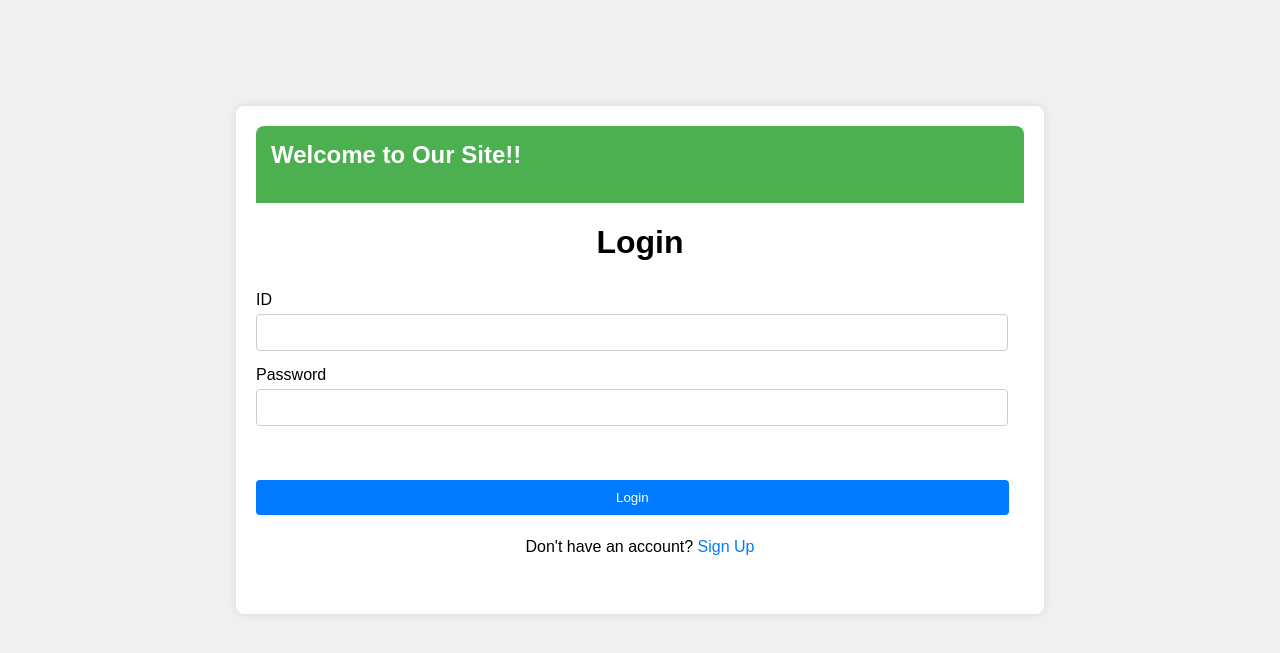
Repository: LifeIsRightward/WebServer
Page: http://localhost/JSPBook/Project/login.jsp
An editor plug-in stored every save of this project. The page is shown before and after the next save, followed by the edit.
The browser window is 1280 px wide. The pictures show the whole page.
The page is served by Tomcat 9. Other server files are loaded and not shown.

Above is the page before, as saved 2024-06-06 17:32:35.

### JSPBook/src/main/webapp/Project/login.jsp
<%@ page language="java" contentType="text/html; charset=EUC-KR"
    pageEncoding="EUC-KR"%>
<!DOCTYPE html>
<html>
<head>
    <meta charset="UTF-8">
    <title>Login Page</title>
    <link rel="stylesheet" href="css/login.css" type="text/css">
</head>
<body>
    <div class="login-container">
    	<div class="welcome-message">
            <h2>Welcome to Our Site!!</h2>
        </div>
        <h1>Login</h1>
        <form method="post" action="loginprocess.jsp">
            <label for="id">ID</label>
            <input type="text" id="id" name="id" required>

            <label for="password">Password</label>
            <input type="password" id="password" name="password" required>

            <button type="submit">Login</button>
        </form>
        <div class="signup-link">
            <p>Don't have an account? <a href="signup.jsp">Sign Up</a></p>
        </div>
    </div>
</body>
</html>

### JSPBook/src/main/webapp/Project/css/login.css
@charset "EUC-KR";

body {
	font-family: Arial, sans-serif;
    display: flex;
    justify-content: center;
    align-items: center;
    height: 100vh;
    margin: 0;
    background-color: #f0f0f0;
}

.welcome-message {
    background-color: #4CAF50;
    height: 10%;
    color: white;
    padding: 15px;
    border-radius: 8px 8px 0 0;
    margin-bottom: 20px;
}

.welcome-message h2 {
    margin: 0;
    font-size: 24px;
}

.login-container {
	background-color: #fff;
    padding: 20px;
    box-shadow: 0 0 10px rgba(0, 0, 0, 0.1);
    border-radius: 8px;
    width: 60%;
    height: 65%;
}

.login-container h1 {
	text-align: center;
	margin-bottom: 30px;
}

.login-container label {
	display: block;
     margin-bottom: 5px;
}
.login-container input[type="text"],
.login-container input[type="password"] {
	width: 95%;
	padding: 10px;
	margin-bottom: 15px;
	border: 1px solid #ccc;
	border-radius: 4px;
}

.login-container button {
	width: 98%;
    padding: 10px;
    margin-top: 5%;
  	background-color: #007BFF;
	border: none;
	color: white;
	border-radius: 4px;
	cursor: pointer;
}

.login-container button:hover {
	background-color: #0056b3;
}


.login-container .signup-link {
	display: block;
	text-align: center;
	margin-top: 3%;
}

.login-container .signup-link a {
	color: #007BFF;
	text-decoration: none;
}

.login-container .signup-link a:hover {
	text-decoration: underline;
}

.signup-link {
	margin-top: 3%;
}

After the next save:
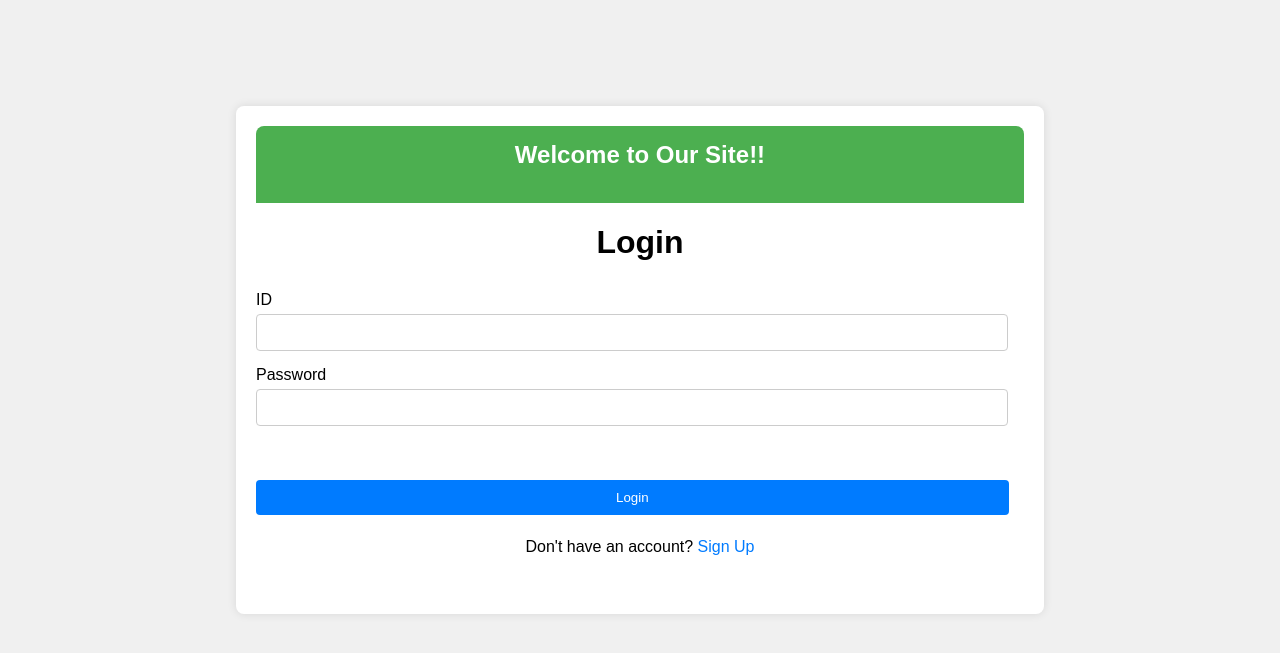
Saved 12 s later.
--- a/JSPBook/src/main/webapp/Project/css/login.css
+++ b/JSPBook/src/main/webapp/Project/css/login.css
@@ -33,7 +33,8 @@ body {
     height: 65%;
 }
 
-.login-container h1 {
+.login-container h1,
+.login-container h2 {
 	text-align: center;
 	margin-bottom: 30px;
 }
